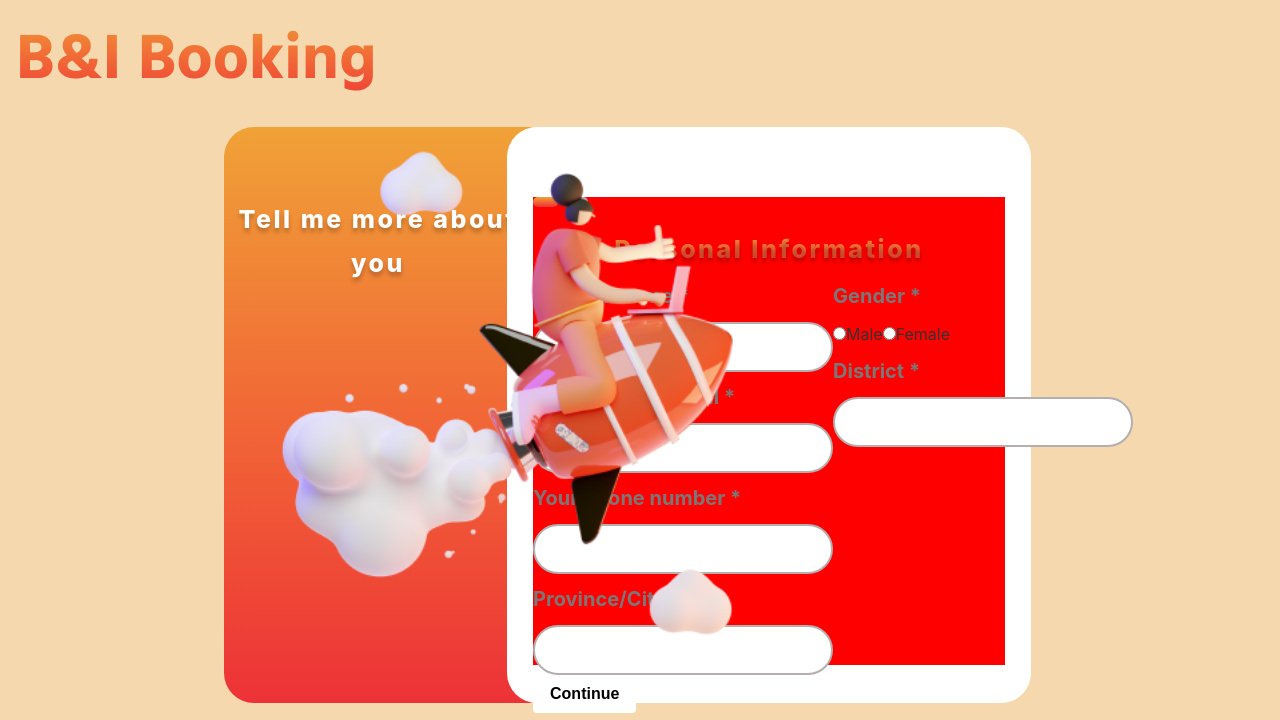
Repository: Grand-Line-PNV/FE-BIBooking
Page: /
An editor plug-in stored every save of this project. The page is shown before and after the next save, followed by the edit.
The browser window is 1280 px wide. The pictures show the whole page.
The project was rebuilt for these pictures with package versions that can differ from the ones it lists, and the page was loaded fresh each time. Also part of the build but not shown: src/App.css.

Above is the page before, as saved 2023-02-06 09:52:24.

After the next save:
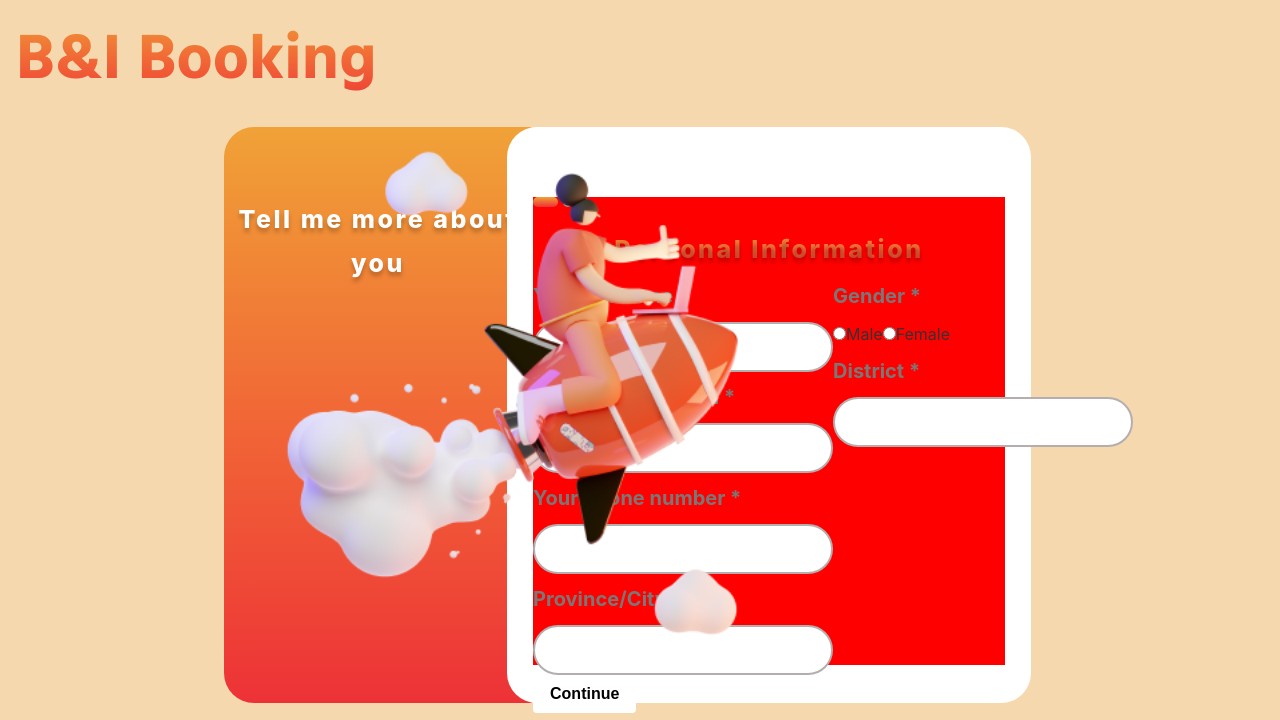
Saved 11 min 28 s later.
--- a/src/view/pages/Influencers/PersonalInformation/PersonalInformation.module.scss
+++ b/src/view/pages/Influencers/PersonalInformation/PersonalInformation.module.scss
@@ -59,7 +59,7 @@
         z-index: 1;
         bottom: 0;
         left: 0;
-        transform: translateX(-60px);
+        transform: translateX(-55px);
       }
       & .block_right {
         width: 63%;
